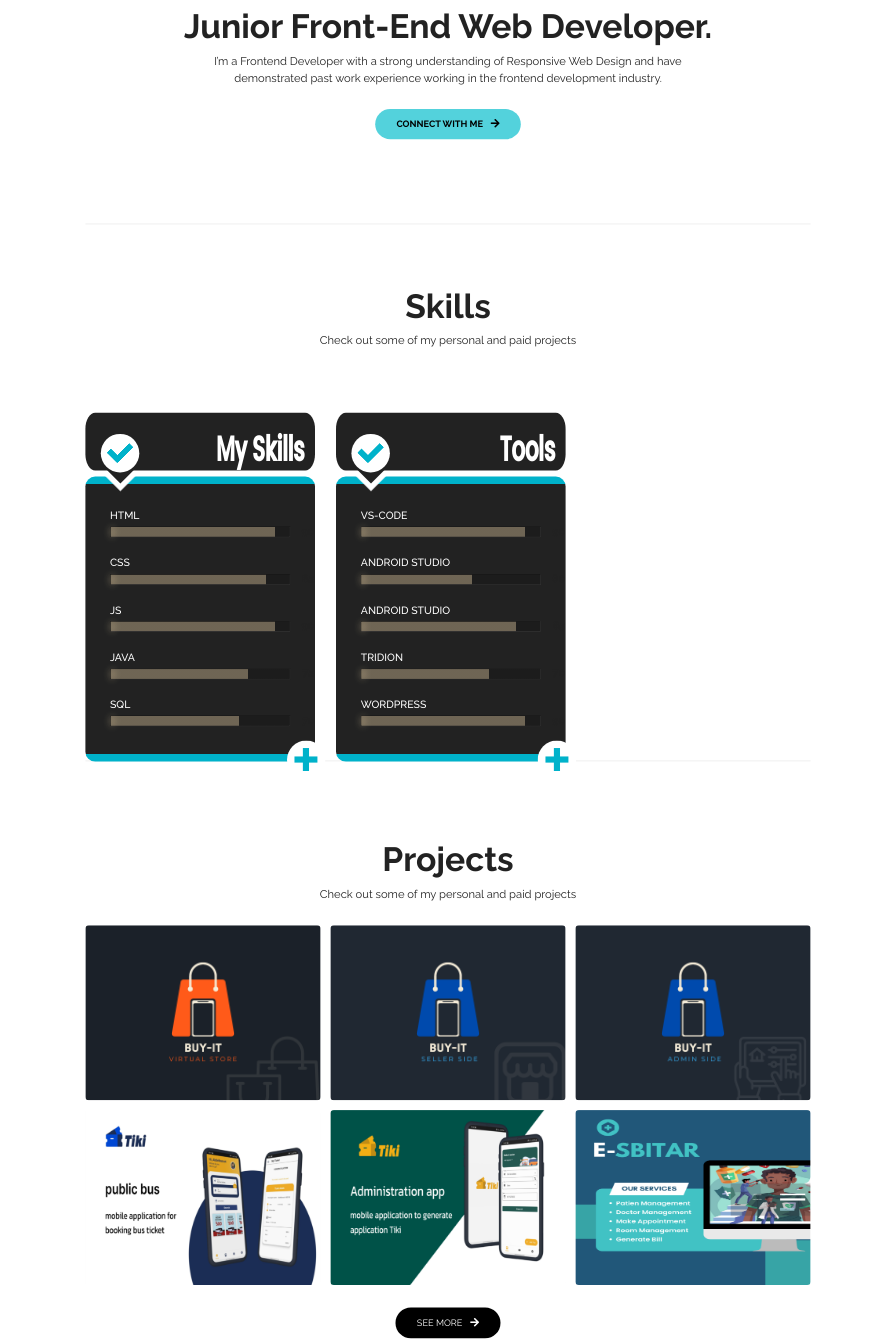
Repository: rahimmenadi/My-Website
Page: index.html
The author's editor kept a copy of each file at every save. The page is drawn from the files as they stood at one save, then again after a run of saves.
The browser window is 1280 px wide. The pictures show the part of the page from y = 497 to 2417 px (the page is 2750 px tall), at 70% of full size.

Above is the page before, as saved 2023-06-22 02:51:50.

### index.html
<!DOCTYPE html>
<html lang="en">
  <head>
    <meta charset="UTF-8" />
    <meta http-equiv="X-UA-Compatible" content="IE=edge" />
    <meta name="viewport" content="width=device-width, initial-scale=1.0" />
    <title>Abderrahim website</title>
    <!-- Primary Meta Tags -->


    <!-- Open Graph / Facebook -->

    <!-- Twitter -->


    <!-- Link -->
    <link
      rel="apple-touch-icon"
      sizes="180x180"

    />
    <link
      rel="icon"

    />
    <link
      rel="icon"
    />
    <link
      rel="icon"

    />
    <link
      rel="icon"
      type="image/png"
      sizes="512x512"

    />
    <link rel="icon" type="image/x-icon" style="width: 10px;" href="assets/favicon/favicon.ico" />
    <link rel="manifest" href="assets/favicon/site.webmanifest" />
    <link
      rel="stylesheet"
      href="https://use.fontawesome.com/releases/v5.15.4/css/all.css"
      integrity="sha384-DyZ88mC6Up2uqS4h/KRgHuoeGwBcD4Ng9SiP4dIRy0EXTlnuz47vAwmeGwVChigm"
      crossorigin="anonymous"
    />
    <link rel="stylesheet" href="css/style.css" />
    <link rel="stylesheet" href="css/utilities.css" />
    <link rel="stylesheet" href="css/skills.css">
  </head>
  <body>
    <header id="hero">
      <!-- Navbar -->
      <nav class="navbar">
        <div class="container">
          <!-- Logo -->
          <h1 id="logo">
            <a href="index.html"
              ><img src="./assets/my-logo.png" alt="Your Logo"
            /></a>
          </h1>
          <!-- Navbar links -->
          <ul class="nav-menu">
            <li><a class="nav-link" href="#projects">PROJECTS</a></li>
            <li><a class="nav-link" href="#">CONTACT</a></li>
            <li><a class="nav-link" href="#">BlOG</a></li>
            <li>
              <a
                class="nav-link btn btn-primary"
                href="https://drive.google.com/file/d/1Vr3cuGUzEaZS90SvZUjXhywFSRYMYiCT/view?usp=drive_link"
                >RESUME <i class="fas fa-arrow-right"></i
              ></a>
            </li>

            <!-- Toggle switch -->
            <div class="theme-switch">
              <input type="checkbox" id="switch" />
              <label class="toggle-icons" for="switch">
                <img class="moon" src="assets/moon.svg" />
                <img class="sun" src="assets/sun.svg" />
              </label>
            </div>
            <!-- Hamburger menu -->
          </ul>
          <div class="hamburger">
            <span class="bar"></span>
            <span class="bar"></span>
            <span class="bar"></span>
          </div>
        </div>
      </nav>

      <section class="header-container">
        <img
          class="profile-image"
          src="assets/profile.jpg"
          alt=""
        />
        <h1>Hi I'm Abderrahim Menadi <span class="wave">👋</span></h1>

        <div class="content-text">
          <h2>About Me</h2>
          <h2>Junior Front-End Web Developer.</h2>

          <p>
            I’m a Frontend Developer with a strong understanding of Responsive Web Design
             and have demonstrated past work experience working in the frontend development industry.
          </p>
        </div>
        <a
                class="nav-link btn btn-primary"
                href="https://linktr.ee/abderrahimmeandi"
                >Connect With Me <i class="fas fa-arrow-right"></i
              ></a>





      </section>
    </header>
    <section id="projectsskills" class="project-container container">
      <div class="division"></div>
      <div class="content-text">
        <h2>Skills</h2>
        <p>Check out some of my personal and paid projects</p>
      </div>
 <article class="project">

        <!-- Project 1 -->
        <div class="content">
          <div class="profile-skills">
            <div>
              <input type="checkbox" id="sk1">
              <label for="sk1"></label>
              <ul class="skills skills1">
                <li class="sk-cms"><span>HTML</span></li>
                <li class="sk-dtb"><span>CSS</span></li>
                <li class="sk-dis"><span>JS</span></li>
                <li class="sk-pro"><span>Java</span></li>
                <li class="sk-ani"><span>SQL</span></li>
                <li class="more">
                  <input type="checkbox" id="more-con"><label for="more-con"></label>
                  <div><span>RWD</span><span>Animation</span><span>CHARTS</span><span>API</span><span>BE Linker</span><span>BDD</span></div>
                </li>
              </ul>
            </div>
            <div>
            <input type="checkbox" id="sk2">
            <label for="sk2"></label>
            <ul class="skills skills2">
              <li class="sk-gim"><span>VS-code</span></li>
              <li class="sk-ado"><span>Android Studio</span></li>
              <li class="sk-not"><span>Android Studio</span></li>
              <li class="sk-tri"><span>Tridion</span></li>
              <li class="sk-wor"><span>Wordpress</span></li>
              <li class="more">
                <input type="checkbox" id="more-pro"><label for="more-pro"></label>
                <div><span>JOOMLA</span><span>DRUPAL</span><span>JIRA</span><span>TRELLO</span><span>FILEZILLA</span><span>GIT</span></div>
              </li>
            </ul>
            </div>

        </div>
      </article>


    </section>

    <!-- Projects -->
    <section id="projects" class="project-container container">
      <div class="division"></div>
      <div class="content-text">
        <h2>Projects</h2>
        <p>Check out some of my personal and paid projects</p>
      </div>

      <article class="project">
        <!-- Project 1 -->
        <div href="" class="card">
          <div class="project-info">
            <div class="project-bio">
              <h3>Buy-it</h3>
              <p>HTML, CSS, SASS, JS, Node-JS</p>
            </div>

            <div class="project-link">
              <a href="https://github.com/rahimmenadi/projectx" target="_blank"><i class="fab fa-github"></i></a>
              <a href="#" target="_blank"><i class="fas fa-globe"></i></a>
            </div>
          </div>
        </div>

        <!-- Project 2 -->
        <div href="" class="card">
          <div class="project-info">
            <div class="project-bio">
              <h3>Buy-it Seller Side</h3>
              <p>HTML, CSS, SASS, JS, Node-JS</p>
            </div>

            <div class="project-link">
              <a href="https://github.com/rahimmenadi/projectx" target="_blank"><i class="fab fa-github"></i></a>
              <a href="#" target="_blank"><i class="fas fa-globe"></i></a>
            </div>
          </div>
        </div>

        <!-- Porject 3 -->
        <div href="" class="card">
          <div class="project-info">
            <div class="project-bio">
              <h3>Buy-it Admin Side</h3>
              <p>HTML, CSS, SASS, JS, Node-JS</p>
            </div>

            <div class="project-link">
              <a href="https://github.com/rahimmenadi/projectx" target="_blank"><i class="fab fa-github"></i></a>
              <a href="#" target="_blank"><i class="fas fa-globe"></i></a>
            </div>
          </div>
        </div>

        <!-- Project 4 -->
        <div href="" class="card">
          <div class="project-info">
            <div class="project-bio">
              <h3>Tiki</h3>
              <p>Java,  Firebase</p>
            </div>

            <div class="project-link">
              <a href="https://github.com/rahimmenadi/Tiki" target="_blank"><i class="fab fa-github"></i></a>
              <a href="https://mega.nz/file/mu5gybiB#gw8IHSz2v9bFG0ZwwQFL_AMZv8WIdCRUhiW0hA_XVq8" target="_blank"><i class="fas fa-globe"></i></a>
            </div>
          </div>
        </div>

        <!-- Project 5 -->
        <div href="" class="card">
          <div class="project-info">
            <div class="project-bio">
              <h3>Tiki Admin</h3>
              <p>Java,  Firebase</p>
            </div>

            <div class="project-link">
              <a href="https://github.com/rahimmenadi/Tiki" target="_blank"><i class="fab fa-github"></i></a>
              <a href="https://mega.nz/file/K7xAAYyK#4BQzPwOJpC8L00cKX2bVBURrUfcqUJ3T-dvLVdOQe9E" target="_blank"><i class="fas fa-globe"></i></a>
            </div>
          </div>
        </div>

        <!-- Project 6 -->
        <div href="" class="card">
          <div class="project-info">
            <div class="project-bio">
              <h3>E-sbitar</h3>
              <p>JavaFX, CSS, SQL</p>
            </div>

            <div class="project-link">
              <a href="https://github.com/rahimmenadi/E-SBITAR" target="_blank"><i class="fab fa-github"></i></a>
              <a href="https://drive.google.com/drive/folders/1nvo8g8NKInz3Hvw1Pheuo8E3XhV_Ej0T?usp=drive_link" target="_blank"><i class="fas fa-globe"></i></a>
            </div>
          </div>
        </div>
      </article>

      <a href="https://github.com/rahimmenadi" class="btn btn-secondary"
        target="_blank" >See More <i class="fas fa-arrow-right"></i
      ></a>
    </section>

    <footer id="footer">
      <div class="container">
        <a href="mailto:a.menadi@esi-sba.dz">a.menadi@esi-sba.dz</a>
        <!-- Social links -->
        <div class="social">

          <a href="https://www.linkedin.com/in/abderrahim-menadi/" target="_blank"
            ><img src="./assets/linkedin-icon.svg" alt="Linkedin"
          /></a>
          <a href="https://github.com/rahimmenadi" target="_blank"><img src="./assets/github-icon.svg" alt="GitHub" /></a>

        </div>
        <!-- Attribution -->
        <div class="attribution">

            <img
              src="/assets/my-logo.png"
              alt="attribution"
              width="80px"

            />

        </div>
        <p>Copyright &copy; Abderrahim-Menadi <span id="datee"></span>, All rights reserved</p>
      </div>
    </footer>
    <script src="js/script.js"></script>
  </body>
</html>

### css/style.css
/* This is the required project styling. Will contain essential CSS styles like:
   * Flex property
   * Grid layout
   * Cards and sections
*/

@import url(https://fonts.googleapis.com/css?family=Raleway:100,200,300,regular,500,600,700,800,900,100italic,200italic,300italic,italic,500italic,600italic,700italic,800italic,900italic);

/* variables */
:root {
  /* Colors */
  --primary-color: #53D2DC  ;
  --secondary-color: #FFE3B3  ;
  --bg-primary: #ffffff;
  --text-color: #222222;
  --text-color-two: #ffffff;
  --bg-secondary: #000000;
  --card-background: #f4f4f4;
  --bg-secondary-two: #111111;

  --shadow: 0 10px 40px rgba(0, 0, 0, 0.2);

  /* Font Weight */
  --weight-small: 400;
  --weight-semibold: 600;
  --weight-bold: 800;

  /* Max width */
  --width-small: 600px;
  --width-medium: 1100px;
  --width-large: 1300px;
}

[data-theme="dark"] {
  --primary-color: #53D2DC  ;
  --secondary-color: #FFE3B3  ;
  --bg-primary: #000000;
  --text-color: #ffffff;
  --text-color-two: #222222;
  --bg-secondary: #ffffff;
  --card-background: #111111;
  --bg-secondary-two: #f4f4f4;
  --shadow: 0 2px 10px rgba(95, 95, 95, 0.2);
}

html {
  font-size: 100%;
  scroll-behavior: smooth;
}

/* Reset default styling */
* {
  margin: 0;
  padding: 0;
  box-sizing: border-box;
}

ul {
  list-style: none;
}

a {
  text-decoration: none;
  color: var(--text-color);
}

/* Main styling */
body {
  background: var(--bg-primary);
  color: var(--text-color);
  font-family: "Raleway", sans-serif;
  line-height: 1.5;
}

/* Navbar */
.navbar {
  position: fixed;
  top: 0;
  left: 0;
  right: 0;
  z-index: 20;
  background: var(--bg-primary);
}

.navbar .container {
  display: flex;
  align-items: center;
  justify-content: space-between;
  z-index: 20;
  height: 80px;
  width: 100%;
}

.navbar .nav-menu {
  display: flex;
  align-items: center;
  background: var(--bg-primary);
}

.navbar .nav-link {
  margin: 0 1rem;
  font-size: 0.8rem;
  font-weight: var(--weight-semibold);
}

.navbar #logo img {
  display: block;
  width: 180px;
  margin-top: 60px;
}

.navbar .btn {
  margin-right: 1.5rem;
}

.fas.fa-arrow-right {
  margin-left: 0.5rem;
  font-size: 0.9rem;
}

/* hamburger */
.hamburger {
  margin-bottom: 0.1rem;
  display: none;
}

.bar {
  display: block;
  width: 23px;
  height: 3px;
  margin: 4px auto;
  transition: all 0.3s ease-in-out;
  border-radius: 30px;
  background-color: var(--bg-secondary);
}

/* Hero section */
#hero {
  display: flex;
  flex-direction: column;
  height: 100%;
}

.profile-image {
  width: 190px;
  border-radius: 30%;
  animation: bounce 1s infinite alternate;
}

@keyframes bounce {
  from {
    transform: translateY(0px);
  }

  to {
    transform: translateY(-12px);
  }
}

.division {
  width: 100%;
  height: 2px;
  background-color: var(--card-background);
  margin: 5.5rem 0;
}
/* Projects */

#projects {
  display: flex;
  flex-direction: column;
  margin: 2rem auto 5rem;

}

#projects .btn {
  align-self: center;
  margin: 2rem 0;
}

.project {
  display: grid;
  grid-template-columns: repeat(3, 1fr);
  grid-auto-rows: minmax(250px, auto);
  grid-gap: 0.9rem;
}

.card .project-bio p {
  font-size: 0.83rem;
}

.card .project-bio h3 {
  font-size: 0.9rem;
}

.project-info {
  display: flex;
  justify-content: space-between;
  opacity: 0;
  position: relative;
  transition: 0.5s ease-in-out;
}

.project-bio {
  display: flex;
  flex-direction: column;
  justify-content: flex-end;
  position: relative;
  top: 160px;
  left: 10px;
}

/* Footer */
#footer {
  background: #111111;
}

#footer .container {
  display: flex;
  flex-direction: column;
  align-items: center;
  justify-content: center;
  color: #ffffff;
  min-height: 160px;
  text-align: center;
}

#footer a {
  font-size: 0.8rem;
  color: #fff;
}

#footer a:hover {
  opacity: 0.6;
}

#footer .social {
  margin: 0.9rem 0;
}

#footer .social img {
  width: 20px;
  height: 20px;
}

#footer .social a {
  margin: 0 0.5rem;
}

#footer p {
  font-size: 0.8rem;
}

/* Responsiveness */

@media (max-width: 1000px) {
  .project {
    display: grid;
    grid-template-columns: repeat(2, 1fr);
  }

  .content{
    margin-top: 100px;
    align-items: center;
  }


}

@media (max-width: 768px) {
  #projectsskills{
    margin-bottom: 460px;

  }

}

@media (max-width: 670px) {
  .navbar .nav-menu {
    position: fixed;
    right: -100vw;
    top: 4.5rem;
    flex-direction: column;
    width: calc(80% - 10px);
    transition: 0.3s;
    box-shadow: var(--shadow);
    padding: 2rem;
    border-radius: 5px;
    align-items: flex-start;
  }

  .navbar .btn {
    margin: 0;
    margin-top: 1rem;
  }

  .nav-menu.active {
    right: 20px;
  }

  .nav-menu .nav-link {
    font-size: 0.9rem;
    margin: 0 0.2rem;
  }

  .nav-menu li {
    margin-bottom: 0.5rem;
    width: 100%;
  }

  .nav-menu .btn {
    width: 100%;
    text-align: center;
    margin-top: 0.5rem;
  }

  .hamburger {
    display: block;
    cursor: pointer;
    padding: 0.2rem 0.4rem;
  }

  .hamburger.active {
    border: 1px dotted gray;
  }

  .hamburger.active .bar:nth-child(2) {
    opacity: 0;
  }

  .hamburger.active .bar:nth-child(1) {
    transform: translateY(6px) rotate(45deg);
  }

  .hamburger.active .bar:nth-child(3) {
    transform: translateY(-8px) rotate(-45deg);
  }
}

@media (max-width: 600px) {
  .project {
    display: grid;
    grid-template-columns: 1fr;
  }
  #projectsskills{
    margin-bottom: 500px;

  }

  .header-container .btn {
    border-radius: 5px;
    width: 80%;
  }
}
.wave {
  animation-name: wave-animation;  /* Refers to the name of your @keyframes element below */
  animation-duration: 1.5s;        /* Change to speed up or slow down */
  animation-iteration-count: infinite;  /* Never stop waving :) */
  transform-origin: 70% 70%;       /* Pivot around the bottom-left palm */
  display: inline-block;
}

@keyframes wave-animation {
    0% { transform: rotate( 0.0deg) }
   10% { transform: rotate(14.0deg) }  /* The following five values can be played with to make the waving more or less extreme */
   20% { transform: rotate(-8.0deg) }
   30% { transform: rotate(14.0deg) }
   40% { transform: rotate(-4.0deg) }
   50% { transform: rotate(10.0deg) }
   60% { transform: rotate( 0.0deg) }  /* Reset for the last half to pause */
  100% { transform: rotate( 0.0deg) }
}

### css/utilities.css
/* ?This is where reusable styling of this template will be.
   !Will contain things like:
   * Button styling
   * Background color styling
   * padding and margin
*/

.container {
  max-width: var(--width-medium);
  margin: 0 auto;
  padding: 1rem 2rem;
}

h1::selection,
h2::selection {
  color: #111;
  background: var(--primary-color);
}

/* Buttons */
.btn {
  display: inline-block;
  padding: 0.75rem 1.9rem;
  border-radius: 30px;
  text-transform: uppercase;
  font-size: 0.82rem;
  transition: 0.3s;
}


.btn-primary {
  background: var(--primary-color);
  color: #000000;
  font-weight:700 ;
}

.btn-secondary {
  margin: 5px 0;
  background-color: var(--bg-secondary);
  color: var(--bg-primary);
}

/* add hover to resume button */
.btn-primary:hover {
  background: var(--secondary-color);
}


/* Dark mode toggle */
#switch {
  display: none;
}

.toggle-icons {
  display: flex;
  justify-content: space-between;
  align-items: center;
  cursor: pointer;
}

.toggle-icons > img {
  transition: 0.6s cubic-bezier(0.23, 1, 0.32, 1);
  width: 30px;
}

.moon {
  transform: rotate(10deg);
}

#switch:checked + .toggle-icons .moon {
  transform: rotate(250deg);
}

#switch:checked + .toggle-icons .sun {
  transform: rotate(100deg);
}

/* Header Container */
.header-container {
  display: flex;
  flex-direction: column;
  align-items: center;
  justify-content: center;
  margin-top: 8rem;
  padding: 1rem;
}

.header-container > div {
  margin-top: 1rem;
}

.content-text {
  text-align: center;
  margin: 1.5rem 0;
}

.content-text h2 {
  font-size: 3rem;
  line-height: 1.2;
  transition: 0.2s ease-in-out;
}

.content-text p {
  padding: 0.5rem;
  margin: 0 auto;
  max-width: 700px;
}

/* Project cards */
.card {
  padding: 1rem;
  background: var(--card-background);
  color: #ffffff;
  border-radius: 5px;
  transition: 0.4s ease-in-out;
  cursor: pointer;
}

.card a {
  color: #ffffff;
  transition: 0.25s ease-in-out;
  font-size: 1.1rem;
  margin-right: 0.3rem;
}

.card a:hover {
  color: var(--primary-color);
}

.card:hover {
  box-shadow: inset 0 100px 1000px 10px rgba(0, 0, 0, 0.8);
}

.card:hover .project-info {
  opacity: 1;
}

/* Project Images */

/* project 1 */
.card:nth-child(1) {

  background: url(../assets/project/buy-it.png) center center/cover;
}

/* Project 2 */
.card:nth-child(2) {
  background: url(../assets/project/seller-it.png) center center/cover;
}

/* Project 3 */
.card:nth-child(3) {
  background: url(../assets/project/admin-it.png) center center/cover

}

/* Project 4 */
.card:nth-child(4) {
  background: url(../assets/project/tkiii.png) center center/cover;
}

/* Project 5 */
.card:nth-child(5) {
  background: url(../assets/project/tiki-admin3.png) center center/cover;
}

/* Project 6 */
.card:nth-child(6) {
  background: url(../assets/project/e-sbitar.png) center center/cover;
}

/* Media Queries */
@media (max-width: 768px) {
  .header-container {
    margin-top: 7rem;
    text-align: center;
  }

  .content-text h2 {
    font-size: 2.5rem;
  }
}

Loaded but not shown: js/script.js (67 lines, source omitted); css/skills.css (573 lines, source omitted)

After the next 4 saves:
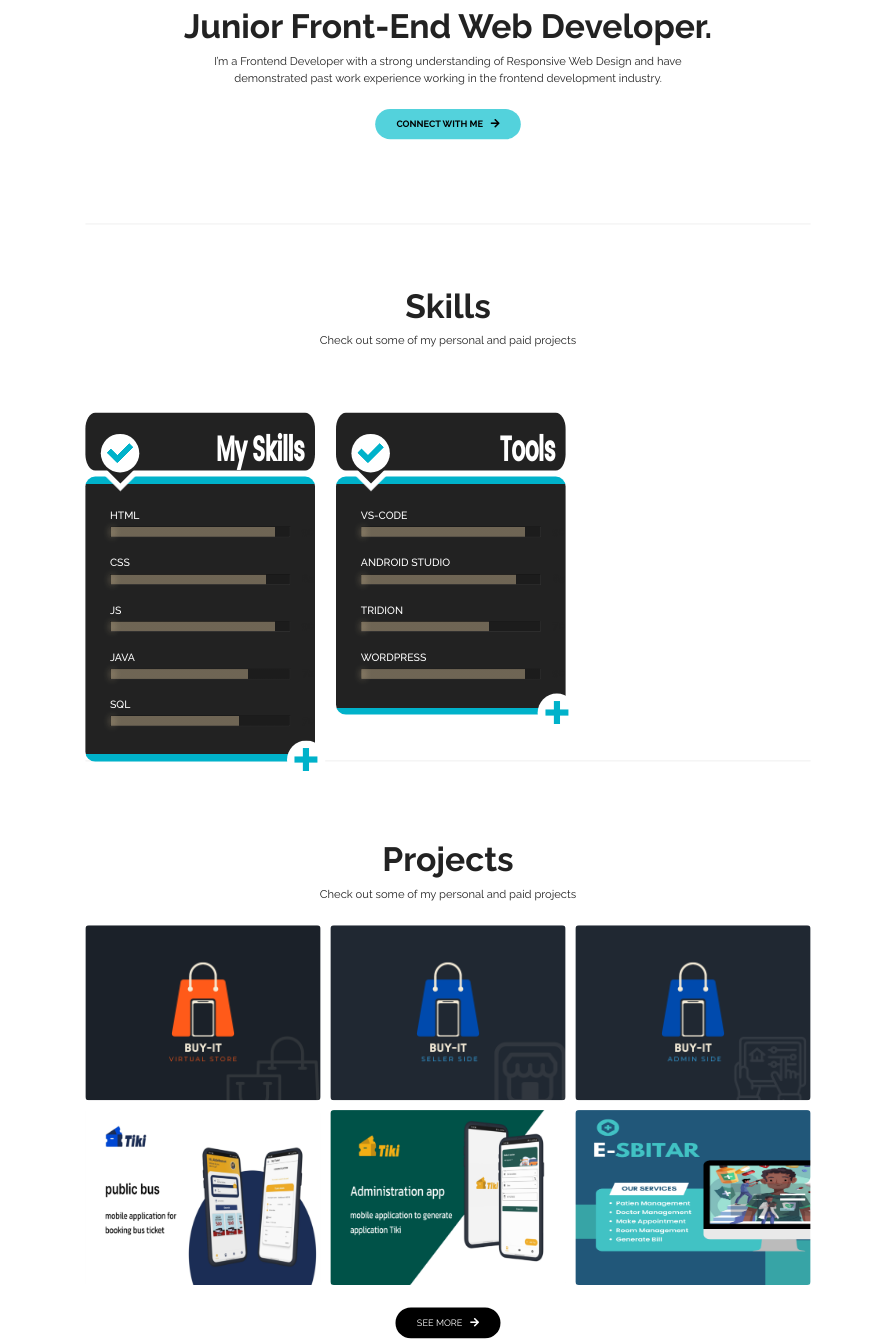
The 4 saves are shown as one change because they came seconds apart.
The last was saved 71 s later.
--- a/index.html
+++ b/index.html
@@ -150,7 +150,6 @@
             <label for="sk2"></label>
             <ul class="skills skills2">
               <li class="sk-gim"><span>VS-code</span></li>
-              <li class="sk-ado"><span>Android Studio</span></li>
               <li class="sk-not"><span>Android Studio</span></li>
               <li class="sk-tri"><span>Tridion</span></li>
               <li class="sk-wor"><span>Wordpress</span></li>
